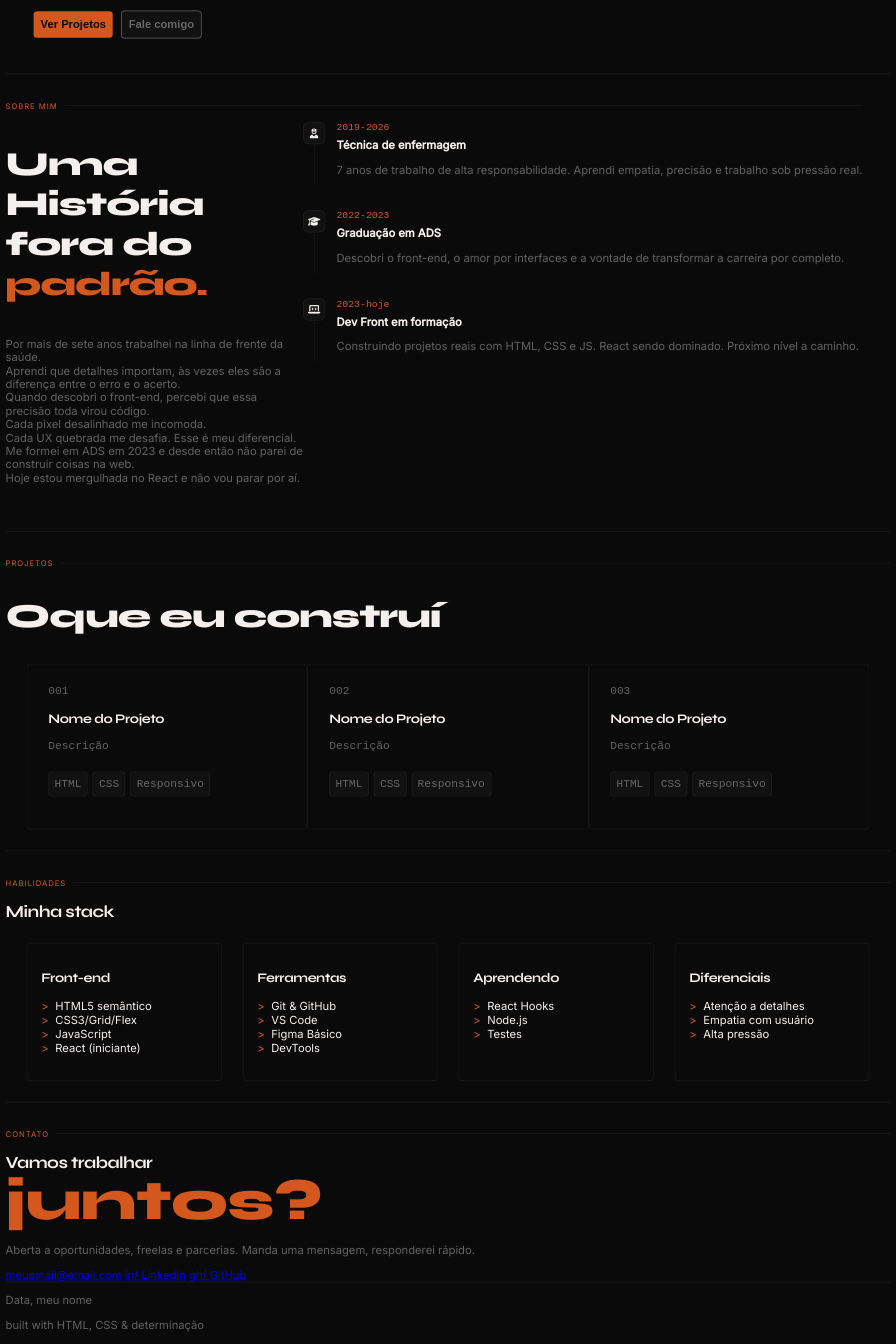
Repository: Bitroia/Portifolio
Page: index.html
These files come from the project's save history. The page is drawn as it stood at one moment and after a run of saves; the edit follows.
The browser window is 1280 px wide. The pictures show the part of the page from y = 710 to 2630 px (the page is 2630 px tall before and 2626 px after), at 70% of full size.
Some web fonts or font styles are not loaded; a fallback is used.

Above is the page before, as saved 2026-04-30 19:21:26.

### index.html
<!doctype html>
<html lang="pt-br">
  <head>
    <meta charset="UTF-8" />
    <meta name="viewport" content="width=device-width, initial-scale=1.0" />
    <link rel="stylesheet" href="styles/style.css" />
    <script src="scripts/script.js" defer></script>
    <link
      href="https://fonts.googleapis.com/css2?family=Syne:wght@400;700;800&family=Inter:wght@300;400;500&display=swap"
      rel="stylesheet"
    />
    <link
      href="https://fonts.googleapis.com/css2?family=Syne:wght@400;700;800&family=Syne+Mono&family=Inter:wght@300;400;500&display=swap"
      rel="stylesheet"
    />
    <link
      rel="stylesheet"
      href="https://cdnjs.cloudflare.com/ajax/libs/font-awesome/6.5.0/css/all.min.css"
    />
    <title>Meu portifólio</title>
  </head>
  <body>
    <header>
      <nav id="nav-container">
        <h2>vitoria.cardozo</h2>
        <ul id="ul-container">
          <li><a href="#">SOBRE</a></li>
          <li><a href="#">PROJETOS</a></li>
          <li><a href="#">SKILLS</a></li>
          <li><a href="#">CONTATO</a></li>
        </ul>
      </nav>
    </header>
    <main>
      <section id="hero-section">
        <section id="sections-container">
          <section id="introduction-section">
            <div id="available-container">
              <span class="dot-2"></span>
              <p class="available-p">Disponível para oportunidades</p>
            </div>
            <span class="line-1">Front-end</span>
            <span class="line-2">que veio da</span>
            <span class="accent">linha de frente</span>
            <p class="p-introduction">
              Da enfermagem para o código. Construo interfaces <br />
              com a mesma precisão que aprendi cuidando de <br />
              pessoas. ADS 2023. HTML, CSS, JS. React no forno.
            </p>
            <button id="projects-btn">Ver Projetos</button>
            <button id="talk-to-me-btn">Fale comigo</button>
          </section>
          <section id="secondary-section">
            <div id="info-container">
              <div class="terminal-bar">
                <span class="dot red"></span>
                <span class="dot yellow"></span>
                <span class="dot green"></span>
                <span class="terminal-title">perfil.json</span>
              </div>
              <div id="code-info-container">
                <pre><code><span class="t-comment">// desenvolvendo front-end</span>
          {
        <span class="t-key">"nome"</span>: <span class="t-str">"Vitoria Cardozo"</span>,
        <span class="t-key">"stack"</span>: [<span class="t-str">"HTML"</span>, <span class="t-str">"CSS"</span>, <span class="t-str">"JS"</span>, <span class="t-str">"React"</span>],
        <span class="t-key">"formação"</span>: <span class="t-str">"ADS 2023"</span>,
        <span class="t-key">"background"</span>: <span class="t-str">"Enfermagem"</span>,
        <span class="t-key">"status"</span>: <span class="t-const">open_to_work</span>
         }
                </code></pre>
              </div>
            </div>
            <ul class="mini-cards-container">
              <li class="mini-card">
                <span class="num">5+</span>
                <span class="label">Anos desenvolvendo atenção a detalhes</span>
              </li>
              <li class="mini-card">
                <span class="num">ADS</span>
                <span class="label"
                  >Graduação em Análise e desenvolvimento de Sistemas</span
                >
              </li>
              <li class="mini-card">
                <span class="num">3+</span>
                <span class="label">Projetos front-end no portfólio</span>
              </li>
              <li class="mini-card">
                <span class="num">&#8734;</span>
                <span class="label">Vontade de aprender e crescer</span>
              </li>
            </ul>
          </section>
        </section>
      </section>
      <section id="about-me-section">
        <span class="title">Sobre mim</span>
        <section id="history-section">
          <h1 class="font-history">
            <span class="font-history-1">Uma História</span><br />fora do
            <span class="font-history-2">padrão.</span>
          </h1>
          <p>
            Por mais de sete anos trabalhei na linha de frente da saúde. <br />
            Aprendi que detalhes importam, às vezes eles são a diferença entre o
            erro e o acerto. <br />
            Quando descobri o front-end, percebi que essa precisão toda virou
            código. <br />
            Cada pixel desalinhado me incomoda. <br />
            Cada UX quebrada me desafia. Esse é meu diferencial. <br />
            Me formei em ADS em 2023 e desde então não parei de construir coisas
            na web. <br />
            Hoje estou mergulhada no React e não vou parar por aí.
          </p>
        </section>
        <section id="experiences-section">
          <dl class="experiences-list">
            <div class="exp-row">
              <div class="exp-item">
                <div class="box-icon">
                  <i class="fa-solid fa-user-nurse icon"></i>
                </div>
              </div>
              <div class="exp-content">
                <dt class="date-exp">2019-2026</dt>
                <dd class="desc-exp">
                  <strong>Técnica de enfermagem</strong>
                  <p>
                    7 anos de trabalho de alta responsabilidade. Aprendi
                    empatia, precisão e trabalho sob pressão real.
                  </p>
                </dd>
              </div>
            </div>
            <div class="exp-row">
              <div class="exp-item">
                <div class="box-icon">
                  <i class="fa-solid fa-graduation-cap icon"></i>
                </div>
              </div>
              <div class="exp-content">
                <dt class="date-exp">2022-2023</dt>
                <dd class="desc-exp">
                  <strong>Graduação em ADS</strong>
                  <p>
                    Descobri o front-end, o amor por interfaces e a vontade de
                    transformar a carreira por completo.
                  </p>
                </dd>
              </div>
            </div>
            <div class="exp-row">
              <div class="exp-item">
                <div class="box-icon">
                  <i class="fa-solid fa-laptop-code icon"></i>
                </div>
              </div>
              <div class="exp-content">
                <dt class="date-exp">2023-hoje</dt>
                <dd class="desc-exp">
                  <strong>Dev Front em formação</strong>
                  <p>
                    Construindo projetos reais com HTML, CSS e JS. React sendo
                    dominado. Próximo nível a caminho.
                  </p>
                </dd>
              </div>
            </div>
          </dl>
        </section>
      </section>
      <section id="projects-section">
        <span class="title">Projetos</span>
        <h2 class="font-build">Oque eu construí</h2>
        <div id="article-container">
          <article class="project-card">
            <a href="#" class="link-overlay" target="_blank"></a>
            <span class="num-article">001</span>
            <h3>Nome do Projeto</h3>
            <p>Descrição</p>
            <ul class="tech-tags">
              <li>HTML</li>
              <li>CSS</li>
              <li>Responsivo</li>
            </ul>
          </article>
          <article class="project-card">
            <a href="#" class="link-overlay" target="_blank"></a>
            <span class="num-article">002</span>
            <h3>Nome do Projeto</h3>
            <p>Descrição</p>
            <ul class="tech-tags">
              <li>HTML</li>
              <li>CSS</li>
              <li>Responsivo</li>
            </ul>
          </article>
          <article class="project-card">
            <a href="#" class="link-overlay" target="_blank"></a>
            <span class="num-article">003</span>
            <h3>Nome do Projeto</h3>
            <p>Descrição</p>

            <ul class="tech-tags">
              <li>HTML</li>
              <li>CSS</li>
              <li>Responsivo</li>
            </ul>
          </article>
        </div>
      </section>
      <section id="skills-section">
        <span class="title">Habilidades</span>
        <h1>Minha stack</h1>
        <div id="stacks-container">
          <article class="stack-card">
            <h3>Front-end</h3>
            <ul class="stack-ul">
              <li>HTML5 semântico</li>
              <li>CSS3/Grid/Flex</li>
              <li>JavaScript</li>
              <li>React (iniciante)</li>
            </ul>
          </article>
          <article class="stack-card">
            <h3>Ferramentas</h3>
            <ul class="stack-ul">
              <li>Git & GitHub</li>
              <li>VS Code</li>
              <li>Figma Básico</li>
              <li>DevTools</li>
            </ul>
          </article>
          <article class="stack-card">
            <h3>Aprendendo</h3>
            <ul class="stack-ul">
              <li>React Hooks</li>
              <li>Node.js</li>
              <li>Testes</li>
            </ul>
          </article>
          <article class="stack-card">
            <h3>Diferenciais</h3>
            <ul class="stack-ul">
              <li>Atenção a detalhes</li>
              <li>Empatia com usuário</li>
              <li>Alta pressão</li>
            </ul>
          </article>
        </div>
      </section>
      <section id="go-to-work-section">
        <span class="title">Contato</span>
        <h1>
          Vamos trabalhar
          <span class="accent">juntos?</span>
        </h1>
        <p>
          Aberta a oportunidades, freelas e parcerias. Manda uma mensagem,
          responderei rápido.
        </p>
        <a href="#" class="contact-link">meuemail@email.com</a>
        <a href="#" class="contact-link">in/ LinkedIn</a>
        <a href="#" class="contact-link">gh/ GitHub</a>
      </section>
    </main>
    <footer>
      <p>Data, meu nome</p>
      <p>built with HTML, CSS & determinação</p>
    </footer>
  </body>
</html>

### styles/style.css
:root {
  --fundo-geral: #0A0A0A;
  --fundo-cards: #111111;
  --hovers: #d8b5b5;
  --text: #f5f0ee;
  --second-text: #f5f0ee61;
  --dark-text: #050202;
  --accent: #d4571e;
  --accent-hover: #ff6a2a;
  --border: #f5f0ee12;
  --t-str: #7dd3fc;
  --t-comment: #5a6a1f;
  --font-title: "Syne", sans-serif;
  --font-body: "Inter", sans-serif;
  --font-mono: 'Syne Mono', monospace;
}
@keyframes pulse {
  0%,
  100% {
    opacity: 1;
    transform: scale(1);
  }
  50% {
    opacity: 0.4;
    transform: scale(1.5);
  }
}
* {
  padding: 0;
}

h1,
h2,
h3 {
  font-weight: 600;
  letter-spacing: -0.03em;
  color: var(--text);
  font-family: var(--font-title);
}

.line-1,
.accent {
  font-family: var(--font-title);
  font-weight: 800;
}

.font-history {
  font-size: 3rem;
  font-weight: 800;
}

.font-history-2 {
  color: var(--accent);
}

p {
  color: var(--second-text);
  line-height: 1.2;
}

.title {
  display: flex;
  align-items: center;
  gap: 10px;
  width: 100%;
}
.title::after {
  content: "";
  flex: 1;
  height: 1px;
  background-color: var(--border);
}

body {
  background-color: var(--fundo-geral);
  color: var(--text);
  font-family: var(--font-body);
  font-weight: 400;
}

/* Header */

header {
  border-bottom: 1px solid var(--border);
}

#nav-container {
  display: flex;
  justify-content: space-between;
  padding: 0.5px;
}

#ul-container {
  display: flex;
  list-style: none;
  gap: 1rem;
}

#ul-container a {
  text-decoration: none;
  color: var(--second-text);
  font-size: 13px;
  transition: 0.5s;
}

#ul-container a:hover {
  color: var(--hovers);
}

/* Apresentação */

#available-container {
  display: flex;
  flex-direction: row;
  align-items: center;
  gap: 8px;
}

.line-1 {
  color: var(--text);
  display: block;
  font-size: 5rem;
  width: 100%;
  line-height: 1;
}

.line-2 {
  color: var(--second-text);
  display: block;
  font-size: 4rem;
  width: 100%;
  display: inline-block;
  line-height: 1;
}

.accent {
  color: var(--accent);
  font-size: 5rem;
  display: block;
  line-height: 1;
}

.available-p {
  color: var(--accent);
}

/* Cards */

#info-container {
  display: flex;
  flex-direction: column;
  width: 700px;
  border-radius: 5px;
}

.terminal-bar {
  display: flex;
  gap: 8px;
  align-items: center;
  padding: 10px 14px;
  background-color: #181818;
  border-bottom: 2px solid var(--fundo-cards);
  border-radius: 5px;
  margin-bottom: 0;
}
.dot-2 {
  background-color: #ccff00;
  animation: pulse 2s ease-in-out infinite;
  width: 5px;
  height: 5px;
  border-radius: 50%;
  display: inline-block;
}

.dot {
  width: 8px;
  height: 8px;
  border-radius: 50%;
  display: inline-block;
}

.dot.red {
  background-color: #ff5f57;
}
.dot.yellow {
  background: #ffbd2e;
}
.dot.green {
  background: #28c840;
}

.terminal-title {
  font-family: var(--font-mono);
  font-size: 11px;
  color: var(--second-text);
  margin: 0 auto;
}

#code-info-container {
  color: var(--second-text);
  background-color: var(--fundo-cards);
  border-radius: 3px;
  font-size: 12px;
  line-height: 2;
  height: 210px;
}

#code-info-container pre {
  margin: 0;
  padding: 1rem;
  white-space: pre; /* mantém a formatação do código */
  max-width: 100%; /* não vaza do pai */
}

.t-comment {
  color: var(--t-comment);
}

.t-key {
  color: var(--accent);
}

.t-str {
  color: var(--t-str);
}
/* Sessões */

#hero-section {
  padding: 0 40px 50px 0;
  margin-top: 3%;
  border-bottom: 1px solid var(--border);
}

#introduction-section {
  flex: 1;
}

#introduction-section .p-introduction {
  border-left: var(--accent) 2px solid;
  padding-left: 12px;
}

#secondary-section {
  width: 700px;
  height: 550px;
}

.mini-cards-container {
  display: grid;
  grid-template-columns: repeat(2, 1fr);
  gap: 16px;
  width: 700px;
}

.mini-card {
  display: flex;
  border: 1px solid var(--border);
  padding: 30px;
  list-style: none;
  text-align: center;
  flex-direction: column;
  border-radius: 5px;
  flex: 0 0 calc(50% - 8px);
  background-color: var(--fundo-cards);
}

.num {
  color: var(--accent);
  font-family: var(--font-title);
  font-size: 23px;
  font-weight: 800;
  letter-spacing: -0.03em;
  margin-bottom: 6px;
  text-align: left;
}

.mini-card .label {
  color: var(--second-text);
  text-align: left;
  margin-top: 5px;
  font-size: 16px;
  font-family: var(--font-mono);
}

#sections-container {
  display: flex;
  gap: 40px;
  margin-top: 3%;
  padding: 0 40px;
}

#introduction-section p {
  justify-self: left;
  display: block;
}

#about-me-section {
  padding: 0 40px 50px 0;
  margin-top: 3%;
  border-bottom: 1px solid var(--border);
  display: flex;
  flex-wrap: wrap;

}

.title,
.available-p {
  font-family: var(--mono);
  font-size: 11px;
  letter-spacing: 0.12em;
  text-transform: uppercase;
  color: var(--accent);
  display: flex;
  align-items: center;
  gap: 10px;
}

#history-section {
  flex: 1;
}

.date-exp {
  color: var(--accent);
  font-family: var(--font-mono);
  font-size: 14px;
  margin-bottom: 3px;
}

.experiences-list {
  display: flex;
  flex-direction: column;
  gap: 32px;
}

.exp-item {
  position: relative;
}

.exp-content {
  display: flex;
  flex-direction: column;
}

.desc-exp {
  margin: 4px 0 0 0;
}

.box-icon {
  position: relative;
  flex-shrink: 0; /* impede o ícone de encolher */
  display: flex;
  align-items: center;
  border: 1px solid var(--border);
  justify-content: center;
  width: 30px;
  height: 30px;
  border-radius: 8px;
  background-color: var(--fundo-cards);
}

.icon {
  font-size: 14px;
}

.exp-item:not(:last-child) .box-icon::after {
  content: "";
  position: absolute;
  top: 100%;
  left: 50%;
  transform: translateX(-50%);
  width: 1px;
  height: 60px;
  background-color: var(--border);
}

/* Linha do tempo */

.exp-row {
  display: flex;
  gap: 16px;
  align-items: flex-start;
}

#projects-section {
  margin-top: 3%;
  border-bottom: 1px solid var(--border);
}

.font-build{
  font-size: 3rem;
  font-weight: 800;
}

#article-container{
  display: flex;
  margin: 30px;
  font-family: var(--font-mono);
}

.project-card{
  border: 1px solid var(--border);
  padding: 30px;
  width: 90%;
  text-align: left;
  border-radius: 5px;
  cursor: pointer;
  position: relative;
  overflow: hidden;
}

.project-card::before{
  content: '';
  position: absolute;
  top: 0;
  left: 0;
  right: 0;
  height: 2px;
  background: var(--accent);
  transform: scaleX(0);
  transform-origin: left;
  transition: transform 0.3s ease;
}

.project-card:hover{

background-color: var(--border);
}

.project-card:hover::before {
  transform: scaleX(1);
}

.link-overlay{
  position: absolute;
  inset: 0;
}

.num-article{
  color: var(--second-text);
  font-family: var(--font-mono);
}

.tech-tags{
  list-style: none;
  display: flex;
  gap: 7px;
}

.tech-tags li{
  border: 1px solid var(--border);
  text-align: center;
  background-color: var(--fundo-cards);
  border-radius: 5px;
  padding: 8px;
  color: var(--second-text);
  margin-top: 10px;
}

#skills-section {
  margin-top: 3%;
  border-bottom: 1px solid var(--border);
}

#stacks-container{
  display: flex;
  margin: 30px;
  gap: 30px;
}

.stack-card{
  border: 1px solid var(--border);
  padding: 20px;
  width: 50%;
  border-radius: 5px;
  font
}

.stack-ul{
}

.stack-ul li{
  list-style: none;
  position: relative;
  padding-left: 20px;
}

.stack-ul li::before{
  content: ">";
  position: absolute;
  left: 0;
  color: var(--accent);
}

#go-to-work-section {
  margin-top: 3%;
  border-bottom: 1px solid var(--border);
}
/* Botões */

#projects-btn {
  background-color: var(--accent);
  padding: 10px;
  border-radius: 5px;
  border: none;
  color: var(--dark-text);
  font-size: 1rem;
  font-weight: 600;
  text-align: center;
  transition: transform 0.2s ease;
}

#talk-to-me-btn {
  background-color: var(--fundo-cards);
  padding: 10px;
  border-radius: 5px;
  border: 1px solid var(--second-text);
  color: var(--second-text);
  margin-left: 7px;
  font-weight: 600;
  text-align: center;
  font-size: 1rem;
  transition: transform 0.2s ease;
}

#projects-btn:hover {
  background-color: var(--accent-hover);
  box-shadow:
    0 0 10px rgba(212, 87, 30, 0.6),
    0 0 20px rgba(212, 87, 30, 0.4);
  transform: translateY(-2px);
}

#talk-to-me-btn:hover {
  background-color: var(--fundo-geral);
  color: var(--accent);
  border: 1px solid var(--accent);
  transform: translateY(-3px);
}

Loaded but not shown: scripts/script.js (no stored copy; drawn as an empty file)

After the next 3 saves:
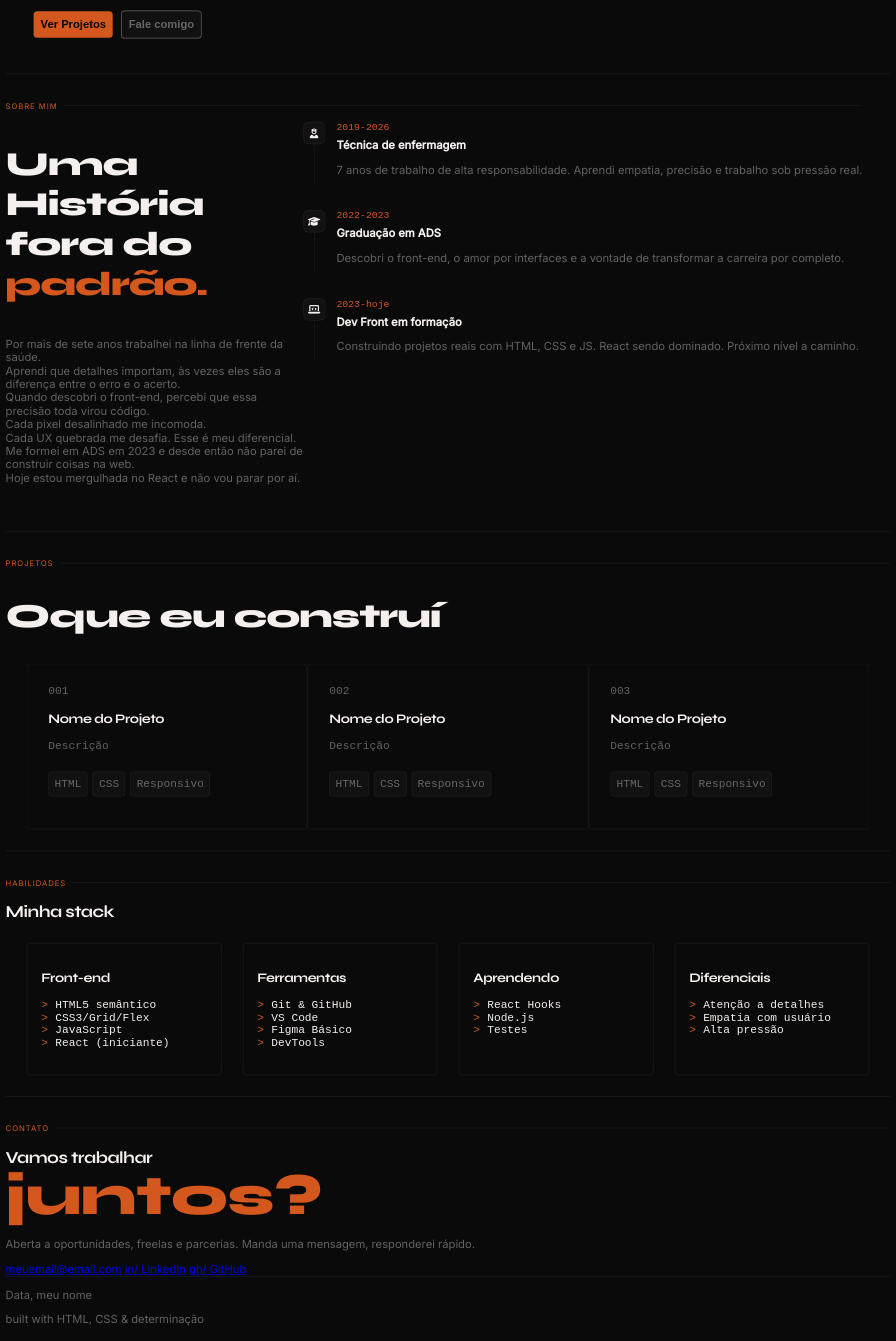
The 3 saves are shown as one change because they came seconds apart.
The last was saved 9 s later.
--- a/styles/style.css
+++ b/styles/style.css
@@ -472,7 +472,7 @@ background-color: var(--border);
   padding: 20px;
   width: 50%;
   border-radius: 5px;
-  font
+  font-family: var(--font-mono);
 }
 
 .stack-ul{
